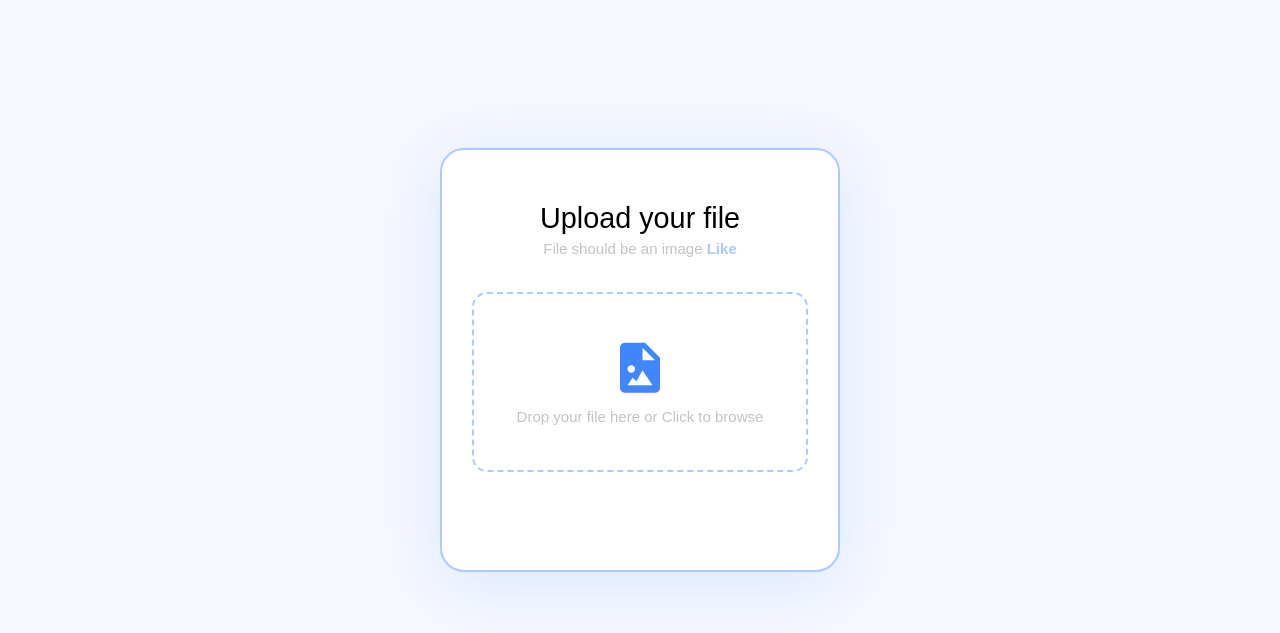
Repository: ThuongDuy/Phan_loai_anh
Page: hcsdlpt/index.html
An editor plug-in stored every save of this project. The page is shown before and after the next save, followed by the edit.
The browser window is 1280 px wide. The pictures show the whole page.

Above is the page before, as saved 2023-06-01 23:49:07.

### hcsdlpt/index.html
<!DOCTYPE html>
<html lang="en">

<head>
    <meta charset="UTF-8">
    <meta http-equiv="X-UA-Compatible" content="IE=edge">
    <meta name="viewport" content="width=device-width, initial-scale=1.0">
    <title>Document</title>
    <link rel="stylesheet" href="https://unpkg.com/boxicons@2.0.7/css/boxicons.min.css">
    <link rel="stylesheet" href="./main.css">
</head>

<body>
    <!-- Upload Area -->
    <div id="uploadArea" class="upload-area">
        <!-- Header -->
        <div class="upload-area__header">
            <h1 class="upload-area__title">Upload your file</h1>
            <p class="upload-area__paragraph">
                File should be an image
                <strong class="upload-area__tooltip">
                    Like
                    <span class="upload-area__tooltip-data"></span> <!-- Data Will be Comes From Js -->
                </strong>
            </p>
        </div>
        <!-- End Header -->

        <!-- Drop Zoon -->
        <div id="dropZoon" class="upload-area__drop-zoon drop-zoon">
            <span class="drop-zoon__icon">
                <i class='bx bxs-file-image'></i>
            </span>
            <p class="drop-zoon__paragraph">Drop your file here or Click to browse</p>
            <span id="loadingText" class="drop-zoon__loading-text">Please Wait</span>
            <img src="" alt="Preview Image" id="previewImage" class="drop-zoon__preview-image" draggable="false">
            <input type="file" id="fileInput" class="drop-zoon__file-input" accept="image/*">
        </div>
        <!-- End Drop Zoon -->

        <!-- File Details -->
        <div id="fileDetails" class="upload-area__file-details file-details">
            <h3 class="file-details__title">Uploaded File</h3>

            <div id="uploadedFile" class="uploaded-file">
                <div class="uploaded-file__icon-container">
                    <i class='bx bxs-file-blank uploaded-file__icon'></i>
                    <span class="uploaded-file__icon-text"></span> <!-- Data Will be Comes From Js -->
                </div>

                <div id="uploadedFileInfo" class="uploaded-file__info">
                    <span class="uploaded-file__name">Proejct 1</span>
                    <span class="uploaded-file__counter">0%</span>
                </div>
            </div>

            <button>Submit</button>
        </div>
        <!-- End File Details -->
    </div>
    <!-- End Upload Area -->

    <script src="https://cdnjs.cloudflare.com/ajax/libs/jquery/3.7.0/jquery.min.js" integrity="sha512-3gJwYpMe3QewGELv8k/BX9vcqhryRdzRMxVfq6ngyWXwo03GFEzjsUm8Q7RZcHPHksttq7/GFoxjCVUjkjvPdw==" crossorigin="anonymous" referrerpolicy="no-referrer"></script>
    <script src="./scripts.js"></script>
</body>

</html>

### hcsdlpt/main.css
/* General Styles */

* {
    box-sizing: border-box;
}

:root {
    --clr-white: rgb(255, 255, 255);
    --clr-black: rgb(0, 0, 0);
    --clr-light: rgb(245, 248, 255);
    --clr-light-gray: rgb(196, 195, 196);
    --clr-blue: rgb(63, 134, 255);
    --clr-light-blue: rgb(171, 202, 255);
}

body {
    margin: 0;
    padding: 0;
    background-color: var(--clr-light);
    color: var(--clr-black);
    font-family: 'Poppins', sans-serif;
    font-size: 1.125rem;
    min-height: 100vh;
    display: flex;
    justify-content: center;
    align-items: center;
}

/* End General Styles */

/* Upload Area */
.upload-area {
    width: 100%;
    max-width: 25rem;
    background-color: var(--clr-white);
    box-shadow: 0 10px 60px rgb(218, 229, 255);
    border: 2px solid var(--clr-light-blue);
    border-radius: 24px;
    padding: 2rem 1.875rem 5rem 1.875rem;
    margin: 0.625rem;
    text-align: center;
}

.upload-area--open {
    /* Slid Down Animation */
    animation: slidDown 500ms ease-in-out;
}

@keyframes slidDown {
    from {
        height: 28.125rem;
        /* 450px */
    }

    to {
        height: 35rem;
        /* 560px */
    }
}

/* Header */
.upload-area__header {}

.upload-area__title {
    font-size: 1.8rem;
    font-weight: 500;
    margin-bottom: 0.3125rem;
}

.upload-area__paragraph {
    font-size: 0.9375rem;
    color: var(--clr-light-gray);
    margin-top: 0;
}

.upload-area__tooltip {
    position: relative;
    color: var(--clr-light-blue);
    cursor: pointer;
    transition: color 300ms ease-in-out;
}

.upload-area__tooltip:hover {
    color: var(--clr-blue);
}

.upload-area__tooltip-data {
    position: absolute;
    top: 50%;
    left: 50%;
    transform: translate(-50%, -125%);
    min-width: max-content;
    background-color: var(--clr-white);
    color: var(--clr-blue);
    border: 1px solid var(--clr-light-blue);
    padding: 0.625rem 1.25rem;
    font-weight: 500;
    opacity: 0;
    visibility: hidden;
    transition: none 300ms ease-in-out;
    transition-property: opacity, visibility;
}

.upload-area__tooltip:hover .upload-area__tooltip-data {
    opacity: 1;
    visibility: visible;
}

/* Drop Zoon */
.upload-area__drop-zoon {
    position: relative;
    height: 11.25rem;
    /* 180px */
    display: flex;
    justify-content: center;
    align-items: center;
    flex-direction: column;
    border: 2px dashed var(--clr-light-blue);
    border-radius: 15px;
    margin-top: 2.1875rem;
    cursor: pointer;
    transition: border-color 300ms ease-in-out;
}

.upload-area__drop-zoon:hover {
    border-color: var(--clr-blue);
}

.drop-zoon__icon {
    display: flex;
    font-size: 3.75rem;
    color: var(--clr-blue);
    transition: opacity 300ms ease-in-out;
}

.drop-zoon__paragraph {
    font-size: 0.9375rem;
    color: var(--clr-light-gray);
    margin: 0;
    margin-top: 0.625rem;
    transition: opacity 300ms ease-in-out;
}

.drop-zoon:hover .drop-zoon__icon,
.drop-zoon:hover .drop-zoon__paragraph {
    opacity: 0.7;
}

.drop-zoon__loading-text {
    position: absolute;
    top: 50%;
    left: 50%;
    transform: translate(-50%, -50%);
    display: none;
    color: var(--clr-light-blue);
    z-index: 10;
}

.drop-zoon__preview-image {
    position: absolute;
    top: 0;
    left: 0;
    width: 100%;
    height: 100%;
    object-fit: contain;
    padding: 0.3125rem;
    border-radius: 10px;
    display: none;
    z-index: 1000;
    transition: opacity 300ms ease-in-out;
}

.drop-zoon:hover .drop-zoon__preview-image {
    opacity: 0.8;
}

.drop-zoon__file-input {
    display: none;
}

/* (drop-zoon--over) Modifier Class */
.drop-zoon--over {
    border-color: var(--clr-blue);
}

.drop-zoon--over .drop-zoon__icon,
.drop-zoon--over .drop-zoon__paragraph {
    opacity: 0.7;
}

/* (drop-zoon--over) Modifier Class */
.drop-zoon--Uploaded {}

.drop-zoon--Uploaded .drop-zoon__icon,
.drop-zoon--Uploaded .drop-zoon__paragraph {
    display: none;
}

/* File Details Area */
.upload-area__file-details {
    height: 0;
    visibility: hidden;
    opacity: 0;
    text-align: left;
    transition: none 500ms ease-in-out;
    transition-property: opacity, visibility;
    transition-delay: 500ms;
}

/* (duploaded-file--open) Modifier Class */
.file-details--open {
    height: auto;
    visibility: visible;
    opacity: 1;
}

.file-details__title {
    font-size: 1.125rem;
    font-weight: 500;
    color: var(--clr-light-gray);
}

/* Uploaded File */
.uploaded-file {
    display: flex;
    align-items: center;
    padding: 0.625rem 0;
    visibility: hidden;
    opacity: 0;
    transition: none 500ms ease-in-out;
    transition-property: visibility, opacity;
}

/* (duploaded-file--open) Modifier Class */
.uploaded-file--open {
    visibility: visible;
    opacity: 1;
}

.uploaded-file__icon-container {
    position: relative;
    margin-right: 0.3125rem;
}

.uploaded-file__icon {
    font-size: 3.4375rem;
    color: var(--clr-blue);
}

.uploaded-file__icon-text {
    position: absolute;
    top: 1.5625rem;
    left: 50%;
    transform: translateX(-50%);
    font-size: 0.9375rem;
    font-weight: 500;
    color: var(--clr-white);
}

.uploaded-file__info {
    position: relative;
    top: -0.3125rem;
    width: 100%;
    display: flex;
    justify-content: space-between;
}

.uploaded-file__info::before,
.uploaded-file__info::after {
    content: '';
    position: absolute;
    bottom: -0.9375rem;
    width: 0;
    height: 0.5rem;
    background-color: #ebf2ff;
    border-radius: 0.625rem;
}

.uploaded-file__info::before {
    width: 100%;
}

.uploaded-file__info::after {
    width: 100%;
    background-color: var(--clr-blue);
}

/* Progress Animation */
.uploaded-file__info--active::after {
    animation: progressMove 800ms ease-in-out;
    animation-delay: 300ms;
}

@keyframes progressMove {
    from {
        width: 0%;
        background-color: transparent;
    }

    to {
        width: 100%;
        background-color: var(--clr-blue);
    }
}

.uploaded-file__name {
    width: 100%;
    max-width: 6.25rem;
    /* 100px */
    display: inline-block;
    font-size: 1rem;
    white-space: nowrap;
    overflow: hidden;
    text-overflow: ellipsis;
}

.uploaded-file__counter {
    font-size: 1rem;
    color: var(--clr-light-gray);
}

### hcsdlpt/scripts.js
// Design By
// - https://dribbble.com/shots/13992184-File-Uploader-Drag-Drop

// Select Upload-Area
const uploadArea = document.querySelector('#uploadArea')

// Select Drop-Zoon Area
const dropZoon = document.querySelector('#dropZoon');

// Loading Text
const loadingText = document.querySelector('#loadingText');

// Slect File Input
const fileInput = document.querySelector('#fileInput');

// Select Preview Image
const previewImage = document.querySelector('#previewImage');

// File-Details Area
const fileDetails = document.querySelector('#fileDetails');

// Uploaded File
const uploadedFile = document.querySelector('#uploadedFile');

// Uploaded File Info
const uploadedFileInfo = document.querySelector('#uploadedFileInfo');

// Uploaded File  Name
const uploadedFileName = document.querySelector('.uploaded-file__name');

// Uploaded File Icon
const uploadedFileIconText = document.querySelector('.uploaded-file__icon-text');

// Uploaded File Counter
const uploadedFileCounter = document.querySelector('.uploaded-file__counter');

// ToolTip Data
const toolTipData = document.querySelector('.upload-area__tooltip-data');


// Images Types
const imagesTypes = [
    "jpeg",
    "png",
    "svg",
    "gif",
    "jpg"
];

// Append Images Types Array Inisde Tooltip Data
toolTipData.innerHTML = [...imagesTypes].join(', .');

// When (drop-zoon) has (dragover) Event
dropZoon.addEventListener('dragover', function (event) {
    // Prevent Default Behavior
    event.preventDefault();

    // Add Class (drop-zoon--over) On (drop-zoon)
    dropZoon.classList.add('drop-zoon--over');
});

// When (drop-zoon) has (dragleave) Event
dropZoon.addEventListener('dragleave', function (event) {
    // Remove Class (drop-zoon--over) from (drop-zoon)
    dropZoon.classList.remove('drop-zoon--over');
});

// When (drop-zoon) has (drop) Event
dropZoon.addEventListener('drop', function (event) {
    // Prevent Default Behavior
    event.preventDefault();

    // Remove Class (drop-zoon--over) from (drop-zoon)
    dropZoon.classList.remove('drop-zoon--over');

    // Select The Dropped File
    const file = event.dataTransfer.files[0];

    // Call Function uploadFile(), And Send To Her The Dropped File :)
    uploadFile(file);
});

// When (drop-zoon) has (click) Event
dropZoon.addEventListener('click', function (event) {
    // Click The (fileInput)
    fileInput.click();
});

// When (fileInput) has (change) Event
fileInput.addEventListener('change', function (event) {
    // Select The Chosen File
    const file = event.target.files[0];

    // Call Function uploadFile(), And Send To Her The Chosen File :)
    uploadFile(file);
});

// Upload File Function
function uploadFile(file) {
    // FileReader()
    const fileReader = new FileReader();
    // File Type
    const fileType = file.type;
    // File Size
    const fileSize = file.size;

    // If File Is Passed from the (File Validation) Function
    if (fileValidate(fileType, fileSize)) {
        // Add Class (drop-zoon--Uploaded) on (drop-zoon)
        dropZoon.classList.add('drop-zoon--Uploaded');

        // Show Loading-text
        loadingText.style.display = "block";
        // Hide Preview Image
        previewImage.style.display = 'none';

        // Remove Class (uploaded-file--open) From (uploadedFile)
        uploadedFile.classList.remove('uploaded-file--open');
        // Remove Class (uploaded-file__info--active) from (uploadedFileInfo)
        uploadedFileInfo.classList.remove('uploaded-file__info--active');

        // After File Reader Loaded
        fileReader.addEventListener('load', function () {
            // After Half Second
            setTimeout(function () {
                // Add Class (upload-area--open) On (uploadArea)
                uploadArea.classList.add('upload-area--open');

                // Hide Loading-text (please-wait) Element
                loadingText.style.display = "none";
                // Show Preview Image
                previewImage.style.display = 'block';

                // Add Class (file-details--open) On (fileDetails)
                fileDetails.classList.add('file-details--open');
                // Add Class (uploaded-file--open) On (uploadedFile)
                uploadedFile.classList.add('uploaded-file--open');
                // Add Class (uploaded-file__info--active) On (uploadedFileInfo)
                uploadedFileInfo.classList.add('uploaded-file__info--active');
            }, 500); // 0.5s

            // Add The (fileReader) Result Inside (previewImage) Source
            previewImage.setAttribute('src', fileReader.result);

            // Add File Name Inside Uploaded File Name
            uploadedFileName.innerHTML = file.name;

            // Call Function progressMove();
            progressMove();
        });

        // Read (file) As Data Url
        fileReader.readAsDataURL(file);
    } else { // Else

        this; // (this) Represent The fileValidate(fileType, fileSize) Function

    };
};

// Progress Counter Increase Function
function progressMove() {
    // Counter Start
    let counter = 0;

    // After 600ms
    setTimeout(() => {
        // Every 100ms
        let counterIncrease = setInterval(() => {
            // If (counter) is equle 100
            if (counter === 100) {
                // Stop (Counter Increase)
                clearInterval(counterIncrease);
            } else { // Else
                // plus 10 on counter
                counter = counter + 10;
                // add (counter) vlaue inisde (uploadedFileCounter)
                uploadedFileCounter.innerHTML = `${counter}%`
            }
        }, 100);
    }, 600);
};


// Simple File Validate Function
function fileValidate(fileType, fileSize) {
    // File Type Validation
    let isImage = imagesTypes.filter((type) => fileType.indexOf(`image/${type}`) !== -1);

    // If The Uploaded File Type Is 'jpeg'
    if (isImage[0] === 'jpeg') {
        // Add Inisde (uploadedFileIconText) The (jpg) Value
        uploadedFileIconText.innerHTML = 'jpg';
    } else { // else
        // Add Inisde (uploadedFileIconText) The Uploaded File Type
        uploadedFileIconText.innerHTML = isImage[0];
    };

    // If The Uploaded File Is An Image
    if (isImage.length !== 0) {
        // Check, If File Size Is 2MB or Less
        if (fileSize <= 2000000) { // 2MB :)
            return true;
        } else { // Else File Size
            return alert('Please Your File Should be 2 Megabytes or Less');
        };
    } else { // Else File Type
        return alert('Please make sure to upload An Image File Type');
    };
};



// :)

$(document).ready(function () {
    $('#loader').hide();
    $('#btnSubmit').on('click', function () {
        $('#uploadArea').hide();
        $('#loader').show();
        $.ajax({
            url: '/your-endpoint-url',
            method: 'POST',
            data: {
                key1: 'value1',
                key2: 'value2',
                // add more key-value pairs as needed
            },
            success: function (response) {
                console.log(response);
                // do something with the response data
            },
            error: function (jqXHR, textStatus, errorThrown) {
                console.log(errorThrown);
                // handle the error case
            }
        });
    });
});

After the next save:
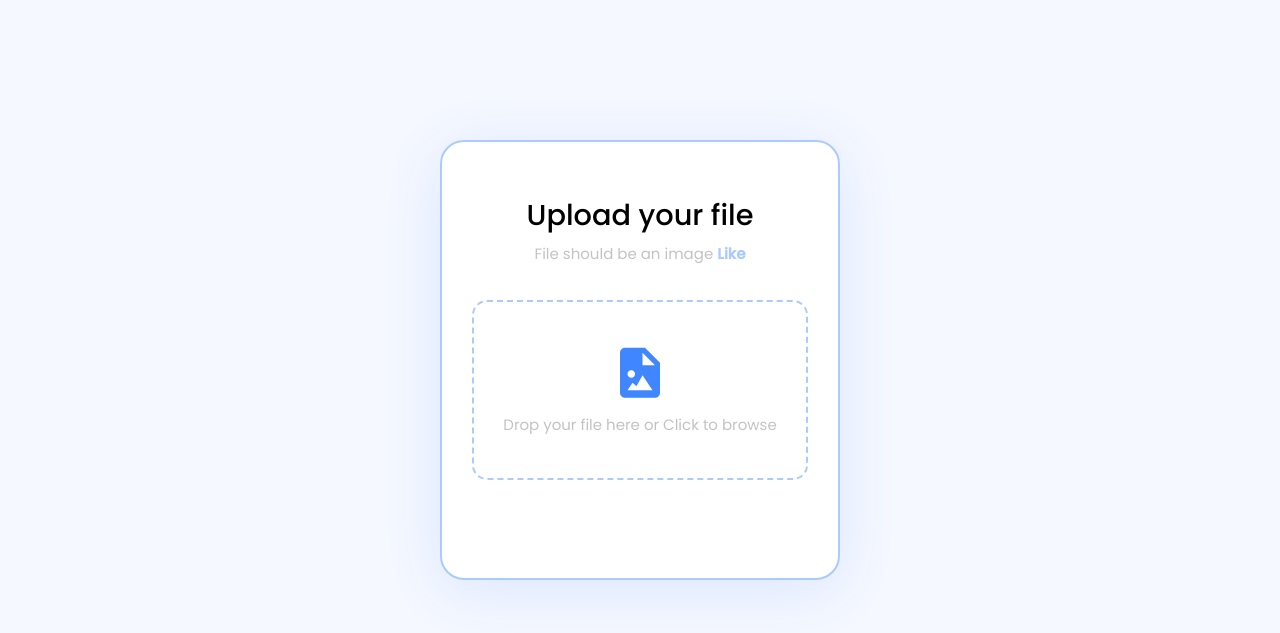
Saved 111 s later.
--- a/hcsdlpt/index.html
+++ b/hcsdlpt/index.html
@@ -6,6 +6,7 @@
     <meta http-equiv="X-UA-Compatible" content="IE=edge">
     <meta name="viewport" content="width=device-width, initial-scale=1.0">
     <title>Document</title>
+    <link rel="stylesheet" href="https://fonts.googleapis.com/css2?family=Poppins:wght@300;400;500&amp;display=swap">
     <link rel="stylesheet" href="https://unpkg.com/boxicons@2.0.7/css/boxicons.min.css">
     <link rel="stylesheet" href="./main.css">
 </head>
